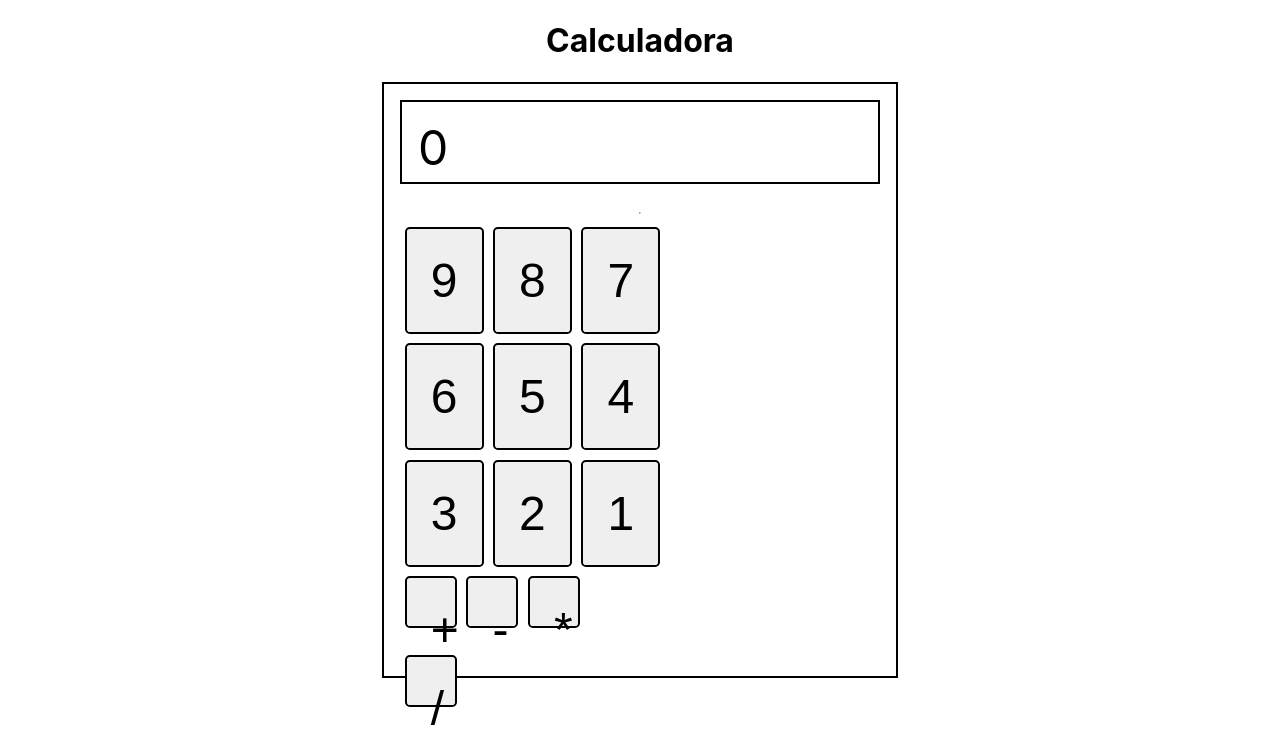
Repository: yamaka/curso-react-febrero-2022
Page: /
These files come from the project's save history. The page is drawn as it stood at one moment and after the next save; the edit follows.
The browser window is 1280 px wide. The pictures show the whole page.
The project was rebuilt for these pictures with package versions that can differ from the ones it lists, and the page was loaded fresh each time. Also part of the build but not shown: src/App.css, src/components/Zanahoria/Zanahoria.css, src/components/Zanahoria/Zanahoria.js, src/components/Zanahorias/Zanahorias.js, src/components/Lechuga/Lechuga.css, src/components/Lechuga/Lechuga.js, src/components/Calculadora/Calculadora.css, src/components/Calculadora/Calculadora.js and 4 more.

Above is the page before, as saved 2022-03-02 18:20:05.

After the next save:
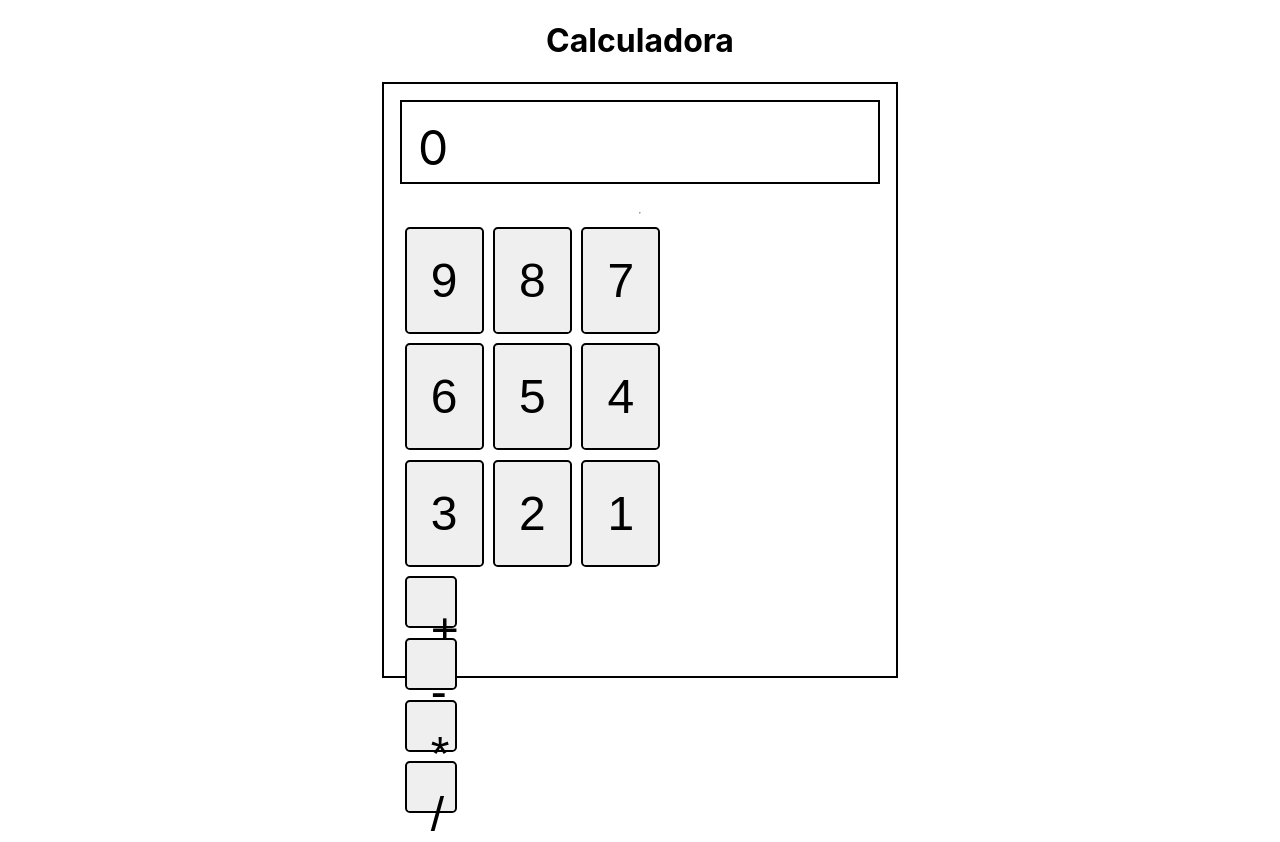
Saved 23 s later.
--- a/src/hooks/Calculadora/Calculadora.js
+++ b/src/hooks/Calculadora/Calculadora.js
@@ -73,7 +73,7 @@ const Calculadora = () => {
             </div>
           </div>
           <div
-            style={{ diplay: "flex", flexDirection: "column", width: "200px" }}
+            style={{ display: "flex", flexDirection: "column", width: "200px" }}
           >
             <BotonOperacion operator="+" onPress={onPressOperacion} />
             <BotonOperacion operator="-" onPress={onPressOperacion} />
